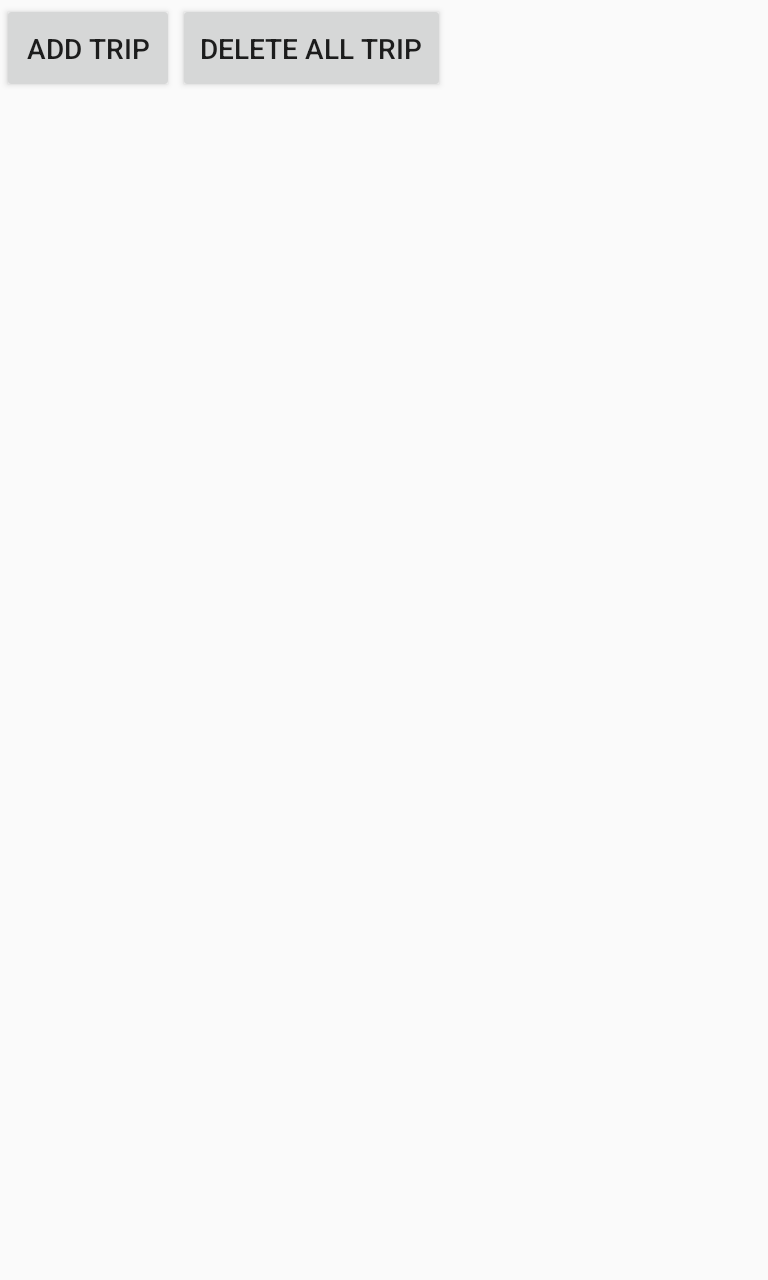
Repository: bandikishores/ShareMyTrip
Layout: ShareMyTrip/res/layout/activity_home.xml
The author's editor kept a copy of each file at every save. The layout is drawn from the files as they stood at one save, then again after the next save.
It is drawn on a 768 x 1280 px phone screen (xhdpi) without system bars, with theme AppTheme; the app's code is not run. Lists and similar views that code fills are empty.

Above is the layout before, as saved 2014-12-27 09:47:29.

After the next save:
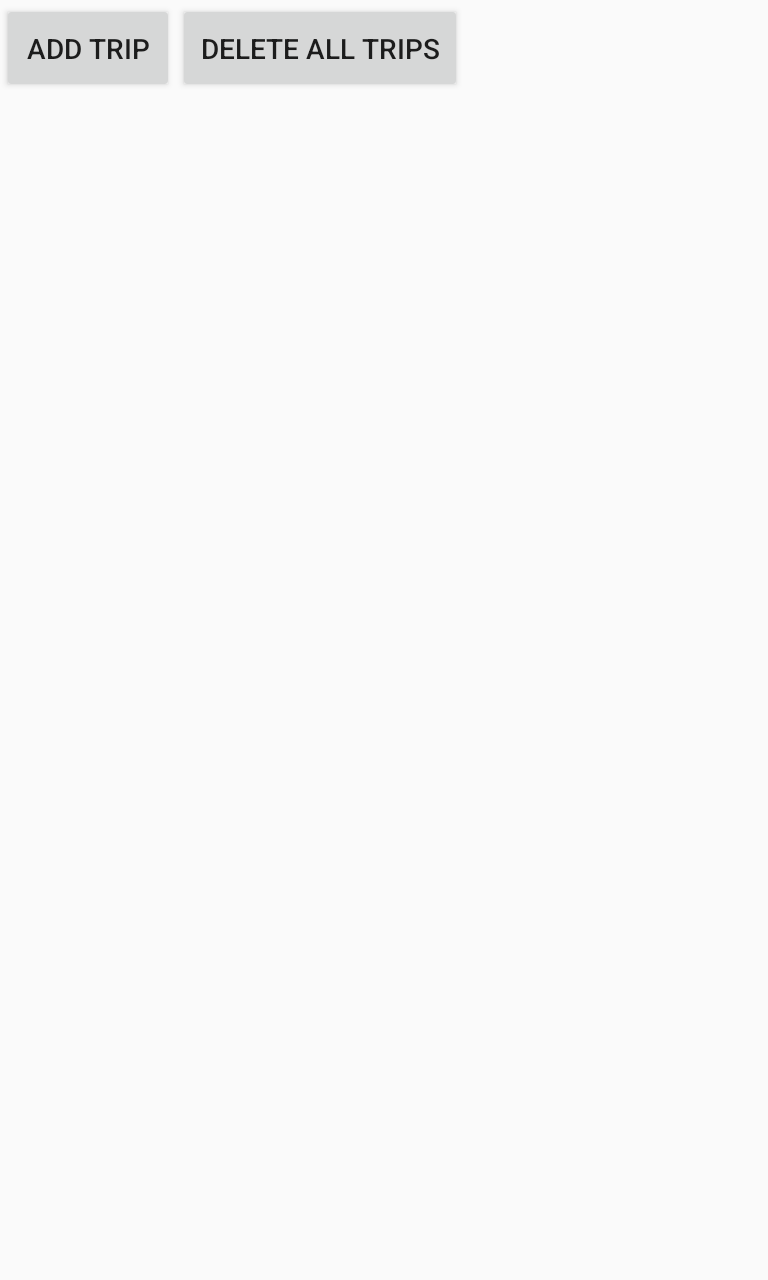
Saved 15 s later.
--- a/ShareMyTrip/res/layout/activity_home.xml
+++ b/ShareMyTrip/res/layout/activity_home.xml
@@ -64,7 +64,7 @@
             android:id="@+id/delete"
             android:layout_width="wrap_content"
             android:layout_height="wrap_content"
-            android:text="Delete All Trip"
+            android:text="@string/delete_all_trip"
             android:onClick="onClick"/>
 
     </LinearLayout>
